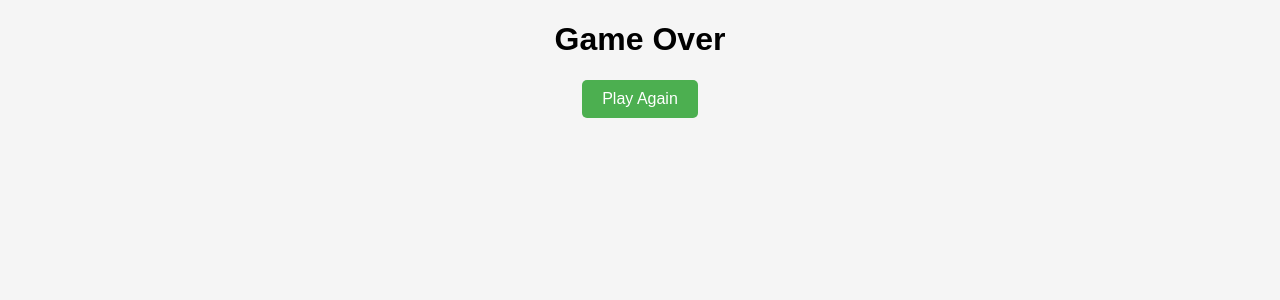
Repository: tyfeeney/Coup-Proofing-Alpha
Page: ending.html
An editor plug-in stored every save of this project. The page is shown before and after the next save, followed by the edit.
The browser window is 1280 px wide. The pictures show the whole page.

Above is the page before, as saved 2023-04-25 21:35:56.
Console error: TypeError: Cannot set properties of null (setting 'textContent')

After the next save:
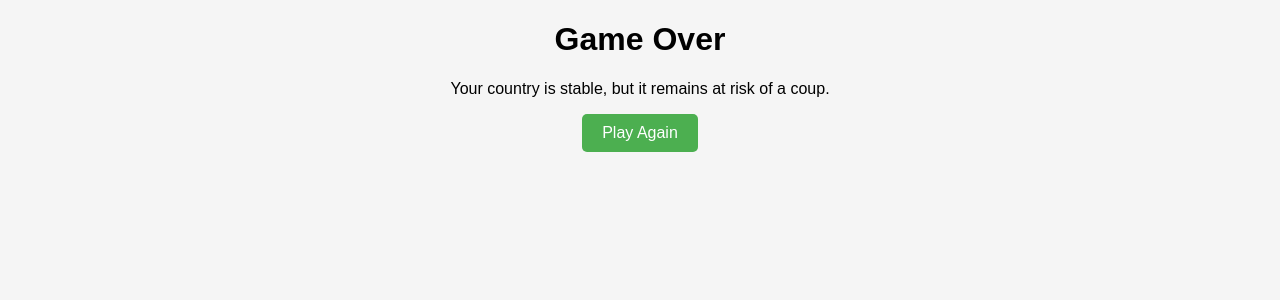
Saved 40 s later.
--- a/scripts.js
+++ b/scripts.js
@@ -237,7 +237,7 @@ function init() {
   });
 }
 
-init();
+
 
 if (window.location.pathname.includes('ending.html')) {
   const stability = parseInt(localStorage.getItem('stability'), 10);
@@ -257,3 +257,4 @@ if (window.location.pathname.includes('ending.html')) {
 
   endingElement.textContent = message;
 }
+init();
